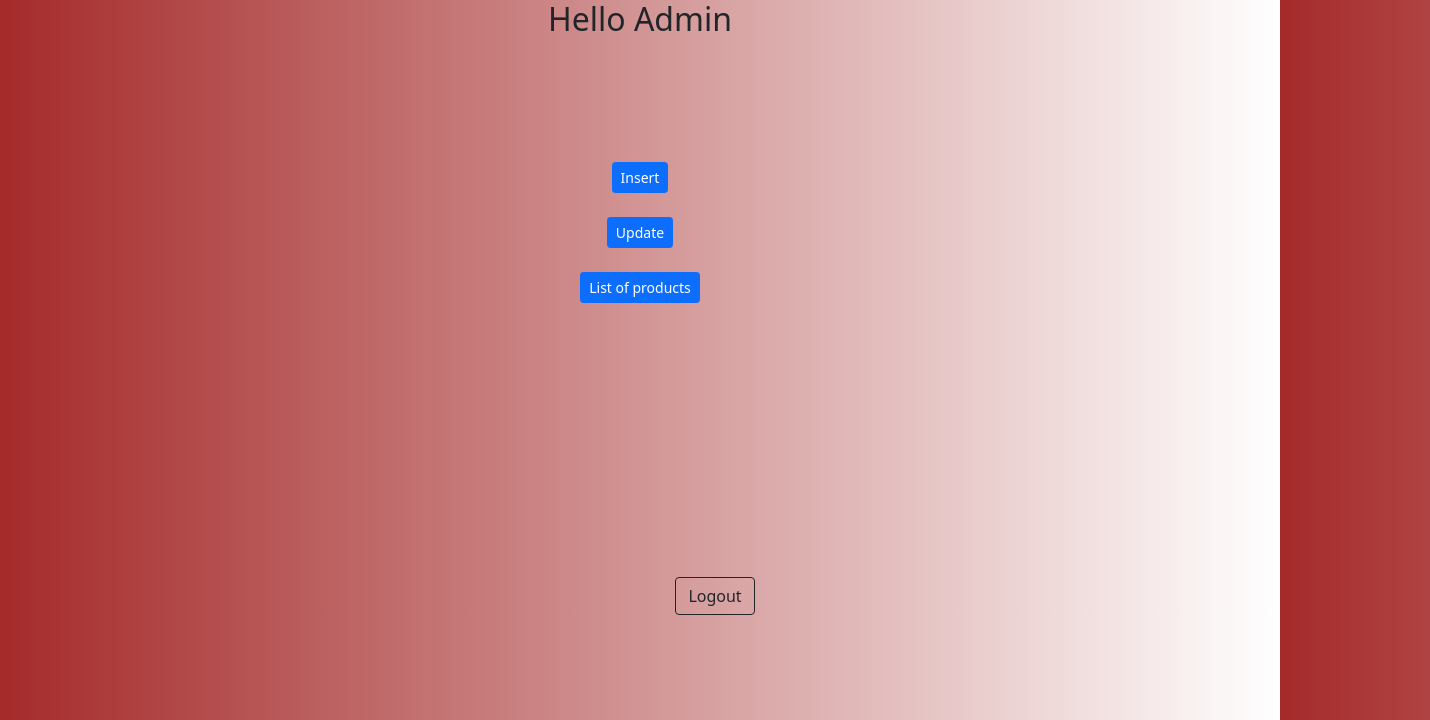
Repository: selvakumar46/Project-Maven
Page: http://localhost/ProjectKFC/AdminPage.jsp
An editor plug-in stored every save of this project. The page is shown before and after the next save, followed by the edit.
The browser window is 1280 px wide. The page is 1430 px wide, then 1280 px, so the pictures cover 1430 px, including what lies to the right of the window. The pictures show the whole page.
The page is served by Tomcat 9. Nobody is signed in. The application's start-up code is not run. Other server files are loaded and not shown.

Above is the page before, as saved 2022-01-12 06:27:16.

### ProjectKFC/src/main/webapp/AdminPage.jsp
<%@ page language="java" contentType="text/html; charset=ISO-8859-1"
    pageEncoding="ISO-8859-1"%>
<!DOCTYPE html>
<html>
<head>
<meta charset="ISO-8859-1">
<title>Admin KFC</title>
<link href="https://cdn.jsdelivr.net/npm/bootstrap@5.1.3/dist/css/bootstrap.min.css" rel="stylesheet">
  <script src="https://cdn.jsdelivr.net/npm/bootstrap@5.1.3/dist/js/bootstrap.bundle.min.js"></script>
<style >
body {
	background:linear-gradient(to right,brown,white);
}
.container{
	margin-top:100px;
	}
.center{
	margin-right:-150px;
	margin-top:250px;
}
</style>
</head>
<body>
	<center>
	<h2>Hello Admin</h2>
		<div class="container">

		<form action="Insert.jsp"> <br>
			<button type="submit" class="btn btn-primary btn-sm">Insert</button>
		</form><br>
		<form action="Update.jsp">
			<button type="submit" class="btn btn-primary btn-sm">Update</button>
		</form><br>
		<form action="ShowProductsAdmin.jsp">
			<button type="submit" class="btn btn-primary btn-sm ">List of products</button>
		</form><br>
		</div>
	</center>
	<a href="login.jsp"><center class="center"><button type="submit" class="btn btn-outline-dark"> Logout</button></center></a>
</body>
</html>

After the next save:
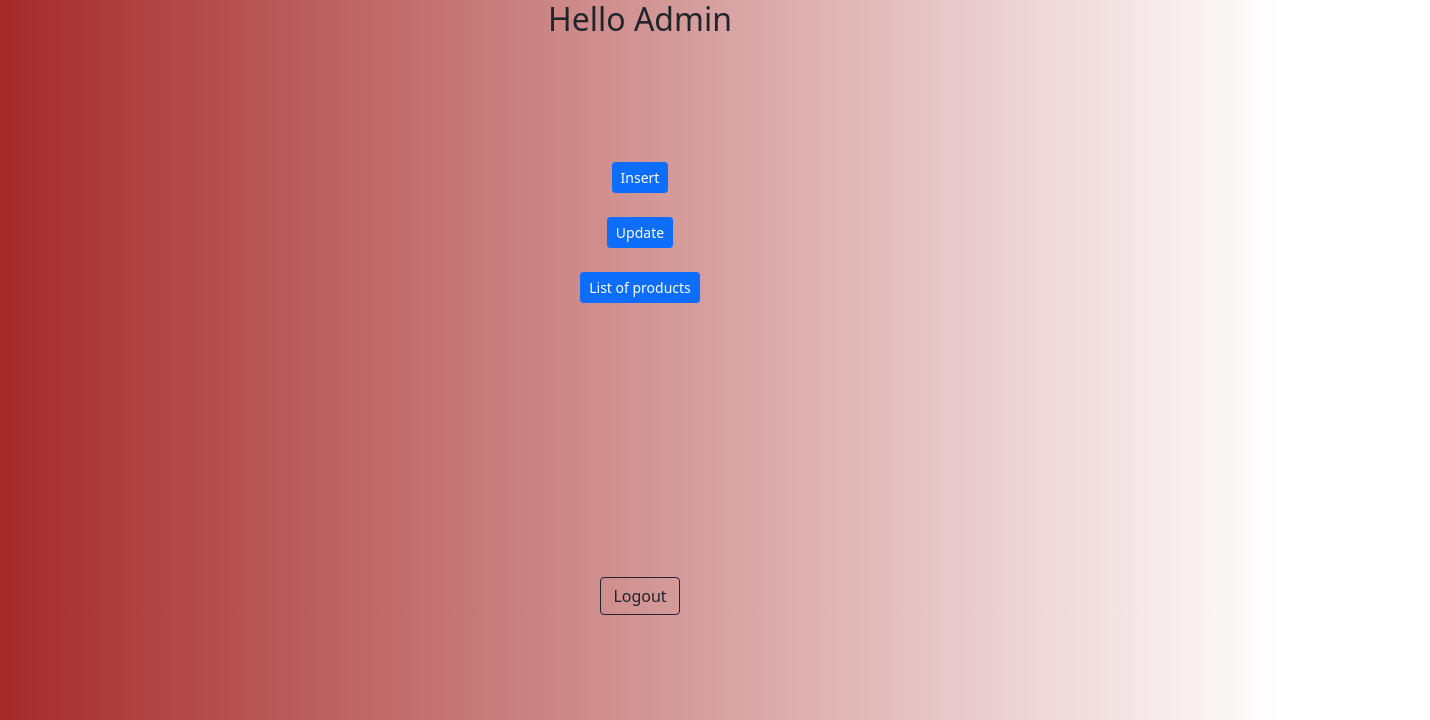
Saved 15 s later.
--- a/ProjectKFC/src/main/webapp/AdminPage.jsp
+++ b/ProjectKFC/src/main/webapp/AdminPage.jsp
@@ -15,7 +15,7 @@ body {
 	margin-top:100px;
 	}
 .center{
-	margin-right:-150px;
+
 	margin-top:250px;
 }
 </style>
